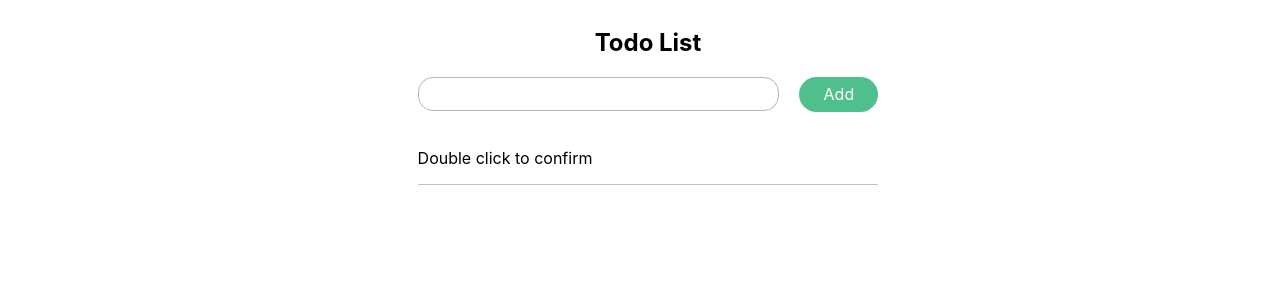
Repository: irenewuu/comp4130_checklist
Page: index.html
An editor plug-in stored every save of this project. The page is shown before and after the next save, followed by the edit.
The browser window is 1280 px wide. The page is 1288 px wide, so the pictures cover 1288 px, including what lies to the right of the window. The pictures show the whole page.

Above is the page before, as saved 2022-01-12 15:58:54.

### index.html
<!DOCTYPE html>
<html lang="en">
  <head>
    <meta charset="UTF-8">
    <meta name="viewport" content="width=device-width, initial-scale=1.0">
    <link rel="stylesheet" href="style.css">
    <script src="index.js"></script>
    <title>Comp4130_Checklist</title>
  </head>
  <body>
    <div class="main">
      <!-- title area -->
      <div class="title">
      <h2>Todo List</h2>
      </div>
      <!-- input area -->
      <form class="input">
        <input type="text" class="text" id="myInput" onkeyup="13" >
        <span class="btn" onclick="newElement()">Add</span>
      </form>
      <!-- homework checklist -->
      <div class="sortbox">
        <!-- <h4>Sort</h4>
        <img src="image/Iconly/Bold/sort.svg"> -->
        <p>Double click to confirm</p>
      </div>
      <ul id="NewList">

      </ul>
    </div>
  </body>
</html>

### style.css
body {
  width: 100%;
  height: 100%;
  display: flex;
  flex-direction: column;
  justify-content: center;
  align-items: center;
}

.main {
  width: 60%;
  height: 50%;
  display: flex;
  flex-direction: column;
  justify-content: center;
  align-items: center;
  font-family: -apple-system, BlinkMacSystemFont, "Segoe UI", Roboto;
}
form > span {
  width: 60%;
  display: flex;
  justify-content: center;
  background: #4fc08d;
  color: #fff;
  justify-content: center;
  align-items: center;
}
.input {
  width: 60%;
  display: flex;
  justify-content: center;
}
.text {
  width: 90%;
  height: 30px;
  border-radius: 15px;
  border: 1px solid rgb(182, 182, 182);
}
.btn {
  width: 20%;
  height: 35px;
  border-radius: 20px;
  margin-left: 20px;
}
.sortbox {
  width: 60%;
  display: flex;
  flex-direction: row;
  border-bottom: 1px solid #c2c2c2;
  margin-top: 20px;
}
.sortbox > img {
  margin: 10px;
}
ul {
  width: 60%;
  justify-content: center;
  margin: 0;
  padding: 0;
}
/* Style the list items */
ul li {
  cursor: pointer;
  position: relative;
  padding: 12px 8px 12px 40px;
  list-style-type: none;
  border-bottom: 1px solid #c2c2c2;
  font-size: 18px;
  transition: 0.2s;

  /* make the list items unselectable */
  -webkit-user-select: none;
  -moz-user-select: none;
  -ms-user-select: none;
  user-select: none;
}

ul li span {
  position: relative;
  right: 10px;
}

/* hover */
ul li:hover {
  background: #ddd;
}

/* When clicked on, add a background color and strike out text */
ul li.checked {
  background: #888;
  color: #fff;
  text-decoration: line-through;
}
/* Add a "checked" mark when clicked on */
ul li.checked::before {
  content: "";
  position: absolute;
  border-color: #fff;
  border-style: solid;
  border-width: 0 2px 2px 0;
  top: 10px;
  left: 16px;
  transform: rotate(45deg);
  height: 15px;
  width: 7px;
}
/* Style the close button */
.close {
  position: absolute;
  right: 0;
  top: 0;
  padding: 12px 16px 12px 16px;
}

.close:hover {
  background-color: #fe5252;
}

@media only screen and (max-width: 600px) {
  /* .input {
    width: 60%;
    display: flex;
    justify-content: center;
  }
  .text {
    width: 65%;
    height: 20px;
  }*/
  .btn {
    width: 30%;
    height: 26px;
  }
}

### index.js
let data = [];

// // Create a "close" button and append it to each list item
var listItem = document.getElementsByTagName("li");

// Create a new list item when clicking on the "Add" button
function newElement() {
  console.log(data)
  var li = document.createElement("li");
  // li.className = "unchecked";
  var inputValue = document.getElementById("myInput").value;

  //putting input value in list
  var spanText = document.createTextNode(inputValue);
  var span = document.createElement("span");
  span.appendChild(spanText);
  li.appendChild(span);


  // delete img
  var bin = document.createElement("img");
  bin.src = "image/iconly/bold/delete.svg";
  bin.className = "close";
  li.appendChild(bin);

  if (inputValue === '') {
    alert("You must write something!");
    data.push()
  } else {
    document.getElementById("NewList").appendChild(li);
  }

  document.getElementById("myInput").value = "";

  // Click on a close button to hide the current list item
  // push object in array
  data.push({ value: inputValue })
  console.log(data)

  // Add a "checked" symbol when clicking on a list item
  // var list = document.querySelector('ul');
  // list.addEventListener('click', function(ev) {
  //   if (ev.target.tagName === 'LI') {
  //     // ev.target.tagName.className = "checked";
  //     ev.target.classList.toggle('checked');
  //   }
  // }, false);

  var close = document.getElementsByClassName("close");

    for (var i = 0; i < close.length; i++) {
      close[i].onclick = function () {

        data.splice(data[i], 1);
        console.log(data)

        // delete the item onclick
        var div = this.parentElement;
        div.remove(0,-1);
      }
    }


    for (var i = 0; i < listItem.length; i++) {
      listItem[i].onclick = function () {
       // Add a "checked" symbol when clicking on a list item
        var list = document.querySelector('ul');
        list.addEventListener('click', function(ev) {
        if (ev.target.tagName === 'LI') {
          ev.target.classList.toggle('checked');

        }

  }, false);
      }
    }
}

After the next save:
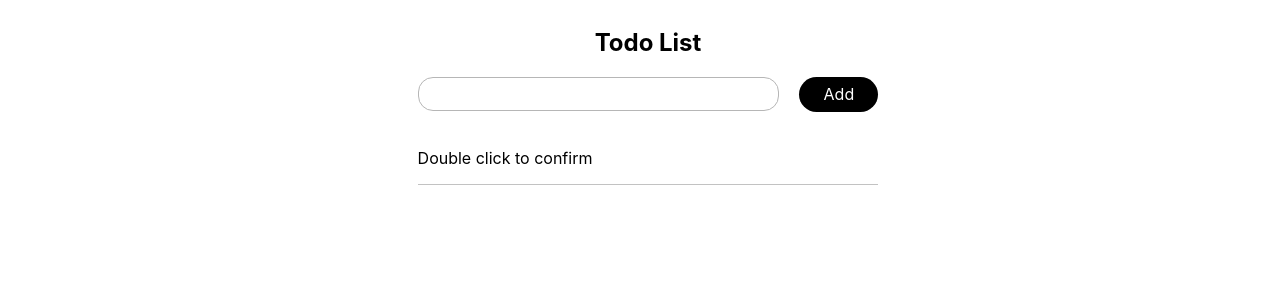
Saved 83 s later.
--- a/style.css
+++ b/style.css
@@ -20,7 +20,7 @@ form > span {
   width: 60%;
   display: flex;
   justify-content: center;
-  background: #4fc08d;
+  background: #000000;
   color: #fff;
   justify-content: center;
   align-items: center;
